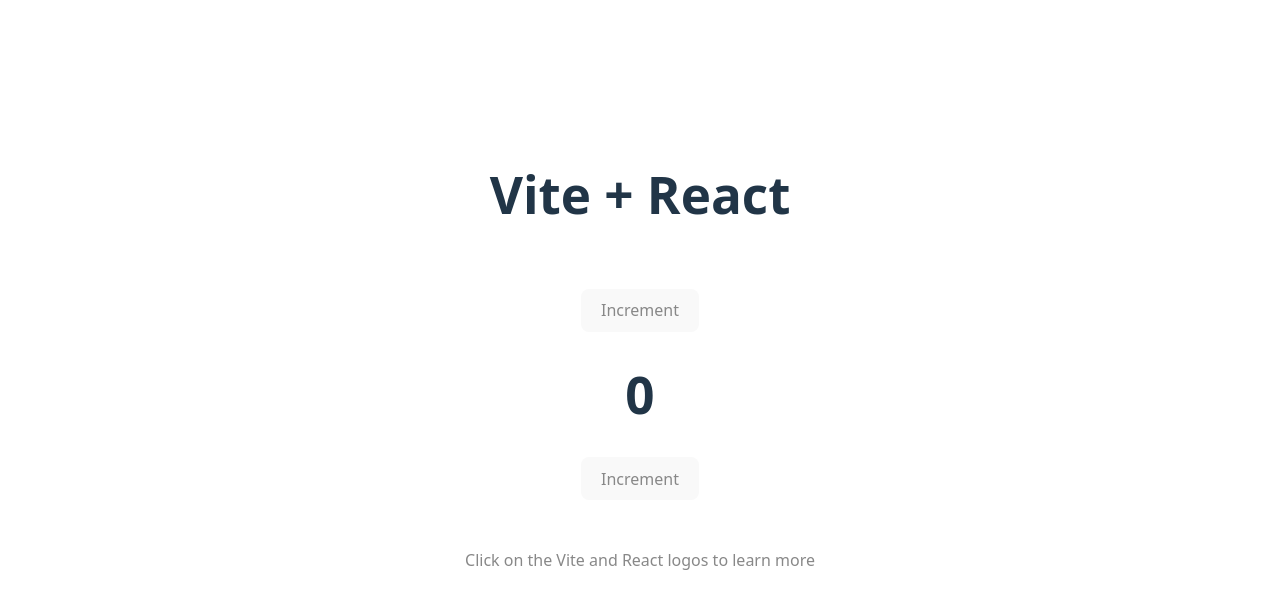
Repository: Mehebul02/coding-test
Page: /
The author's editor kept a copy of each file at every save. The page is drawn from the files as they stood at one save, then again after a run of saves.
The browser window is 1280 px wide. The pictures show the whole page.
The project was rebuilt for these pictures with package versions that can differ from the ones it lists, and the page was loaded fresh each time. Also part of the build but not shown: vite.config.ts.

Above is the page before, as saved 2026-02-05 21:30:28.

### index.html
<!doctype html>
<html lang="en">
  <head>
    <meta charset="UTF-8" />
    <link rel="icon" type="image/svg+xml" href="/vite.svg" />
    <meta name="viewport" content="width=device-width, initial-scale=1.0" />
    <title>coding-test</title>
  </head>
  <body>
    <div id="root"></div>
    <script type="module" src="/src/main.tsx"></script>
  </body>
</html>

### src/App.tsx
import { useState } from 'react'
import './App.css'

function App() {
  const [count, setCount] = useState(0)
  return (
    <>
      <div>
      </div>
      <h1>Vite + React</h1>
      <div className="card flex gap-6">
        <button onClick={()=>setCount(count)}>
          <span className="read-the-docs">
           Increment
          </span>
        </button>
        <h1> {count} </h1>
         <button>
          <span className="read-the-docs">
           Increment
          </span>
        </button>

      </div>
      <p className="read-the-docs">
        Click on the Vite and React logos to learn more
      </p>
    </>
  )
}

export default App

Loaded but not shown: src/main.tsx (common file); src/index.css (common file); src/App.css (common file)

After the next 4 saves:
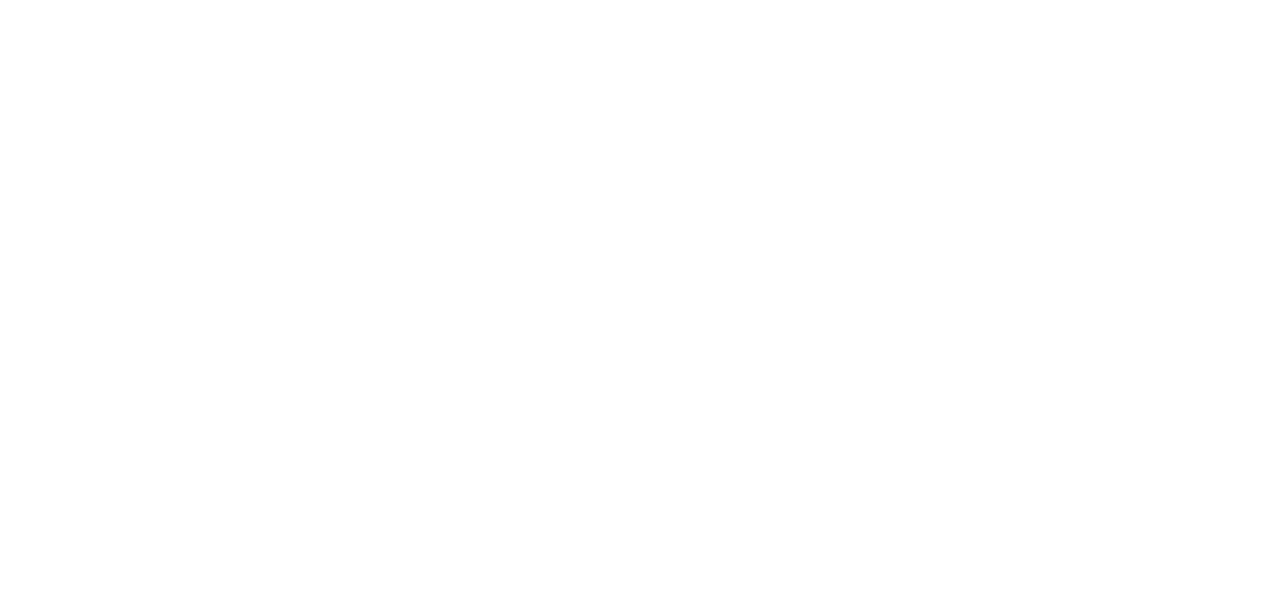
Console error: ReferenceError: handleIncrement is not defined
The 4 saves are shown as one change because 1 did not build or start and some came seconds apart.
The last was saved 47 s later.
--- a/src/App.tsx
+++ b/src/App.tsx
@@ -9,7 +9,7 @@
       </div>
       <h1>Vite + React</h1>
       <div className="card flex gap-6">
-        <button onClick={()=>setCount(count)}>
+        <button onClick={handleIncrement}>
           <span className="read-the-docs">
            Increment
           </span>

After the 5 saves that followed:
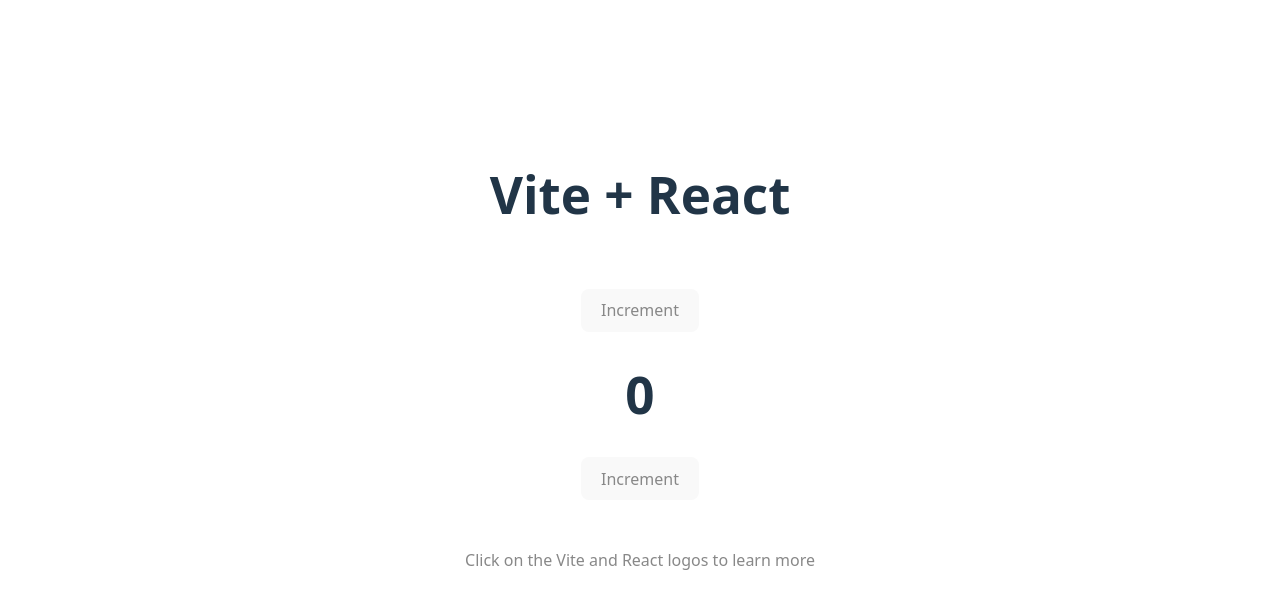
The error is gone.
The 5 saves are shown as one change because 1 did not build or start and some came seconds apart.
The last was saved 15 s later.
--- a/src/App.tsx
+++ b/src/App.tsx
@@ -3,6 +3,10 @@
 
 function App() {
   const [count, setCount] = useState(0)
+
+  const handleIncrement = () => {
+    setCount(count + 1)
+  }
   return (
     <>
       <div>
